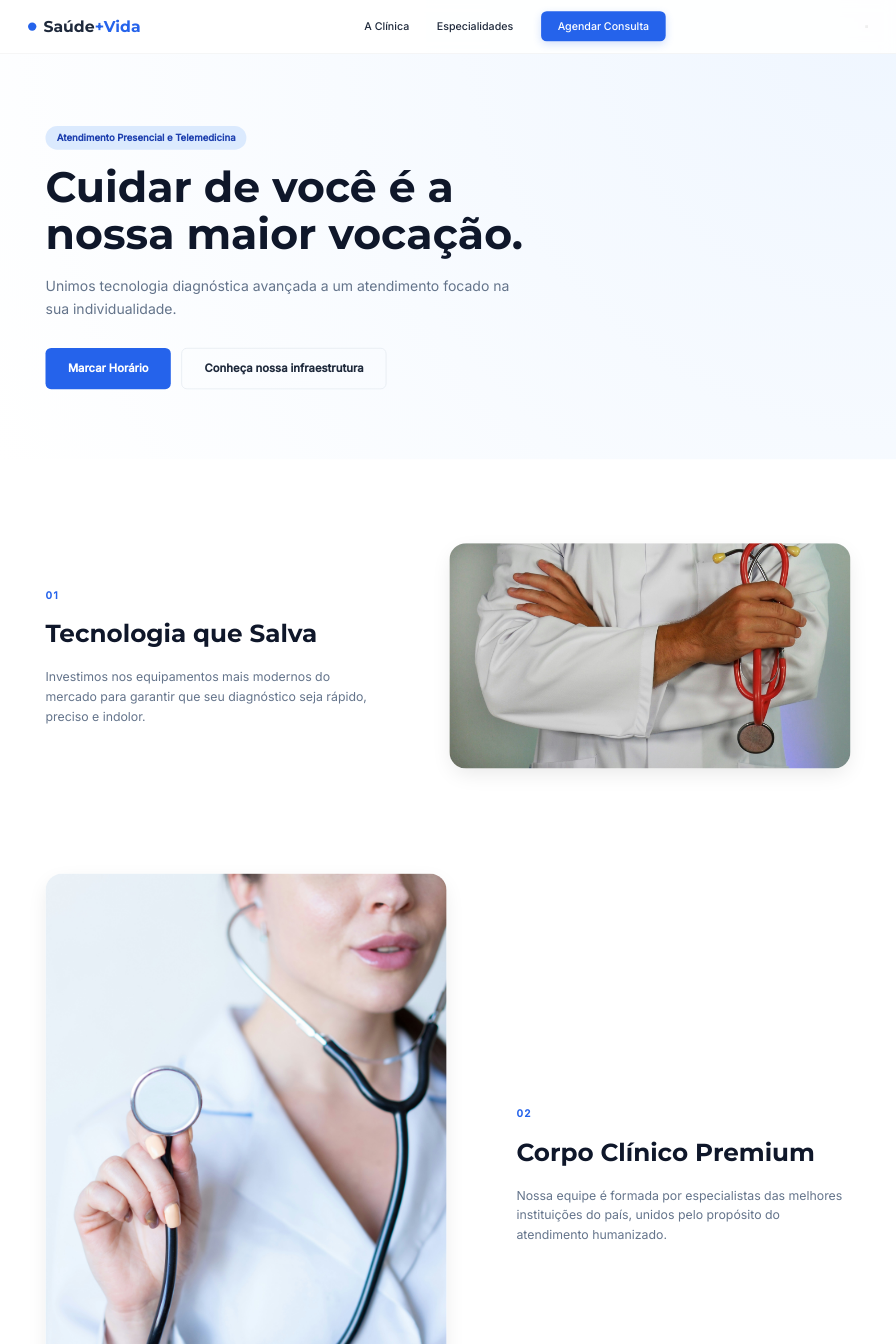
Repository: Sandro1969-tech/desafio-clinica
Page: index.html
The author's editor kept a copy of each file at every save. The page is drawn from the files as they stood at one save, then again after the next save.
The browser window is 1280 px wide. The pictures show the part of the page from y = 0 to 1920 px (the page is 3174 px tall), at 70% of full size.
A picture or video elsewhere on the page could not be fetched, so the positions and the page height are approximate.

Above is the page before, as saved 2025-12-17 19:49:40.
Not found: script.js

### index.html
<!DOCTYPE html>
<html lang="pt-BR">
<head>
    <meta charset="UTF-8">
    <meta name="viewport" content="width=device-width, initial-scale=1.0">
    <title>Clínica Saúde+ | Excelência Médica em Guarulhos</title>
    <link href="https://fonts.googleapis.com/css2?family=Inter:wght@300;400;500&family=Montserrat:wght@600;700&display=swap" rel="stylesheet">
    <link rel="stylesheet" href="style.css">
    <link rel="icon" type="image/png" href="assets/image/icone-medico.png">

</head>
<body>

    <header class="navbar">
        <div class="container-wide flex-header">
            <div class="logo">
                <span class="logo-dot"></span>
                <h1>Saúde<span>+Vida</span></h1>
            </div>

            <nav class="nav-links">
                <a href="#sobre">A Clínica</a>
                <a href="#servicos">Especialidades</a>
                <a href="#contato" class="nav-cta">Agendar Consulta</a>
            </nav>

            <button id="menu-mobile" aria-label="Abrir Menu">
                <span></span>
                <span></span>
            </button>
        </div>
    </header>

    <main>
        <section class="hero-premium">
            <div class="container">
                <div class="hero-content">
                    <span class="badge">Atendimento Presencial e Telemedicina</span>
                    <h2>Cuidar de você é a nossa <strong>maior vocação.</strong></h2>
                    <p>Unimos tecnologia diagnóstica avançada a um atendimento focado na sua individualidade.</p>
                    <div class="hero-btns">
                        <a href="#contato" class="btn-primary">Marcar Horário</a>
                        <a href="#sobre" class="btn-secondary">Conheça nossa infraestrutura</a>
                    </div>
                </div>
            </div>
        </section>

        <section id="sobre" class="experience">
            <div class="container">

                <div class="row-experience">
                    <div class="col-text" data-aos="fade-up">
                        <span class="step-number">01</span>
                        <h3>Tecnologia que Salva</h3>
                        <p>Investimos nos equipamentos mais modernos do mercado para garantir que seu diagnóstico seja rápido, preciso e indolor.</p>
                    </div>
                    <div class="col-img" data-aos="fade-left">
                        <div class="img-wrapper">
                            <img src="assets/image/medico.jpg" alt="Equipamentos de alta tecnologia">
                        </div>
                    </div>
                </div>

                <div class="row-experience reverse">
                    <div class="col-text" data-aos="fade-up">
                        <span class="step-number">02</span>
                        <h3>Corpo Clínico Premium</h3>
                        <p>Nossa equipe é formada por especialistas das melhores instituições do país, unidos pelo propósito do atendimento humanizado.</p>
                    </div>
                    <div class="col-img" data-aos="fade-right">
                        <div class="img-wrapper">
                            <img src="assets/image/medica.jpg" alt="Equipe médica atenciosa">
                        </div>
                    </div>
                </div>

                <div class="row-experience">
                    <div class="col-text" data-aos="fade-up">
                        <span class="step-number">03</span>
                        <h3>Ambiente de Cura</h3>
                        <p>Projetamos um espaço que não parece um hospital. Cores suaves e conforto para que você se sinta acolhido desde a entrada.</p>
                    </div>
                    <div class="col-img" data-aos="fade-left">
                        <div class="img-wrapper">
                            <img src="assets/image/hall.jpg" alt="Nossa recepção moderna">
                        </div>
                    </div>
                </div>

            </div>
        </section>
    </main>

    <footer id="contato" class="footer-modern">
        <div class="container grid-footer">
            <div class="footer-brand">
                <h2>Saúde+</h2>
                <p>Referência em saúde preventiva e tratamentos complexos.</p>
            </div>
            <div class="footer-contact">
                <h4>Contatos</h4>
                <p>📍 Guarulhos, SP</p>
                <p>📞 (11) 99999-9999</p>
            </div>
            <div class="footer-social">
                <h4>Siga-nos</h4>
                <div class="social-icons">
                    <a href="assets/image/instagram.png">Instagram</a>
                    <a href="assets/image/whatsapp.png">whatsapp</a>
                    <a href="assets/image/facebook.png">Facebook</a>
                </div>
            </div>
        </div>
    </footer>

    <script src="script.js"></script>
</body>
</html>

### style.css
/* Variáveis de Design - Facilita mudar a cor de toda a clínica depois */
:root {
    --primary: #2563eb;
    --primary-dark: #1e40af;
    --accent: #0ea5e9;
    --bg-light: #f8fafc;
    --text-main: #1e293b;
    --text-muted: #64748b;
    --white: #ffffff;
    --shadow: 0 10px 30px -5px rgba(0, 0, 0, 0.1);
    --transition: all 0.4s cubic-bezier(0.4, 0, 0.2, 1);
}

* { margin: 0; padding: 0; box-sizing: border-box; }

body {
    font-family: 'Inter', sans-serif;
    color: var(--text-main);
    line-height: 1.6;
    background-color: var(--white);
    overflow-x: hidden;
}

h1, h2, h3, h4 { font-family: 'Montserrat', sans-serif; }

.container { max-width: 1200px; margin: 0 auto; padding: 0 25px; }
.container-wide { max-width: 1400px; margin: 0 auto; padding: 0 40px; }

/* Header Minimalista */
.navbar {
    background: rgba(255, 255, 255, 0.9);
    backdrop-filter: blur(10px);
    padding: 20px 0;
    position: fixed;
    width: 100%;
    top: 0;
    z-index: 1000;
    border-bottom: 1px solid rgba(0,0,0,0.05);
}

.flex-header { display: flex; justify-content: space-between; align-items: center; }

.logo { display: flex; align-items: center; gap: 10px; }
.logo-dot { width: 12px; height: 12px; background: var(--primary); border-radius: 50%; }
.logo h1 { font-size: 1.4rem; font-weight: 700; color: var(--text-main); }
.logo span { color: var(--primary); }

.nav-links a {
    text-decoration: none;
    color: var(--text-main);
    font-weight: 500;
    margin-left: 35px;
    font-size: 0.95rem;
    transition: var(--transition);
}

.nav-links a:hover { color: var(--primary); }

.nav-cta {
    background: var(--primary);
    color: var(--white) !important;
    padding: 12px 24px;
    border-radius: 8px;
    box-shadow: 0 4px 12px rgba(37, 99, 235, 0.2);
}

/* Hero Section */
.hero-premium {
    padding: 180px 0 100px;
    background: radial-gradient(circle at top right, #eff6ff, #ffffff);
}

.hero-content { max-width: 700px; }
.badge {
    background: #dbeafe;
    color: var(--primary-dark);
    padding: 6px 16px;
    border-radius: 100px;
    font-size: 0.85rem;
    font-weight: 600;
    display: inline-block;
    margin-bottom: 20px;
}

.hero-premium h2 { font-size: clamp(2.5rem, 5vw, 3.8rem); line-height: 1.1; margin-bottom: 25px; color: #0f172a; }
.hero-premium p { font-size: 1.25rem; color: var(--text-muted); margin-bottom: 40px; }

.hero-btns { display: flex; gap: 15px; }
.btn-primary {
    padding: 16px 32px; background: var(--primary); color: white;
    text-decoration: none; border-radius: 8px; font-weight: 600; transition: var(--transition);
}
.btn-secondary {
    padding: 16px 32px; border: 1px solid #e2e8f0; color: var(--text-main);
    text-decoration: none; border-radius: 8px; font-weight: 600; transition: var(--transition);
}

/* Experiência Side-by-Side */
.experience { padding: 120px 0; }
.row-experience {
    display: flex; align-items: center; gap: 100px; margin-bottom: 150px;
}
.row-experience.reverse { flex-direction: row-reverse; }

.col-text { flex: 1; }
.step-number { font-size: 0.9rem; font-weight: 700; color: var(--primary); letter-spacing: 2px; }
.col-text h3 { font-size: 2.2rem; margin: 15px 0 20px; color: #0f172a; }
.col-text p { font-size: 1.1rem; color: var(--text-muted); }

.col-img { flex: 1.2; }
.img-wrapper {
    position: relative; border-radius: 24px; overflow: hidden;
    box-shadow: var(--shadow);
}
.img-wrapper img { width: 100%; display: block; transition: transform 0.6s ease; }
.img-wrapper:hover img { transform: scale(1.05); }

/* Footer */
.footer-modern { background: #0f172a; color: white; padding: 80px 0 40px; }
.grid-footer { display: grid; grid-template-columns: 2fr 1fr 1fr; gap: 50px; }
.footer-brand h2 { margin-bottom: 20px; }
.footer-contact h4, .footer-social h4 { margin-bottom: 20px; color: var(--accent); }

/* Responsividade Mobile */
@media (max-width: 968px) {
    .row-experience, .row-experience.reverse { flex-direction: column; gap: 40px; margin-bottom: 80px; }
    .nav-links { display: none; } /* Ideal fazer menu hamburguer funcional */
    .hero-premium { text-align: center; }
    .hero-btns { justify-content: center; flex-direction: column; }
    .grid-footer { grid-template-columns: 1fr; text-align: center; }
}

After the next save:
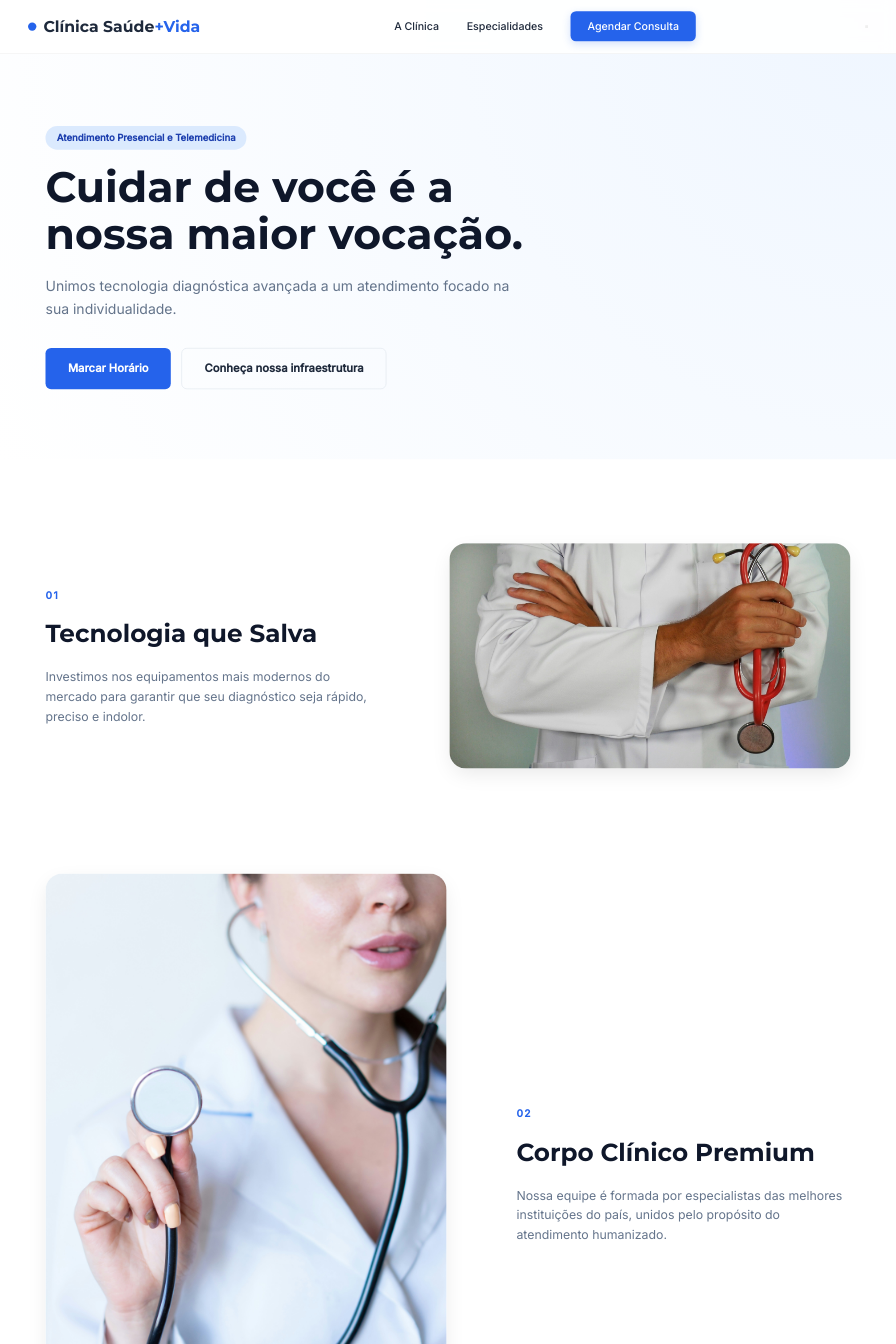
Saved 7 s later.
--- a/index.html
+++ b/index.html
@@ -15,7 +15,7 @@
         <div class="container-wide flex-header">
             <div class="logo">
                 <span class="logo-dot"></span>
-                <h1>Saúde<span>+Vida</span></h1>
+                <h1>Clínica Saúde<span>+Vida</span></h1>
             </div>
 
             <nav class="nav-links">
